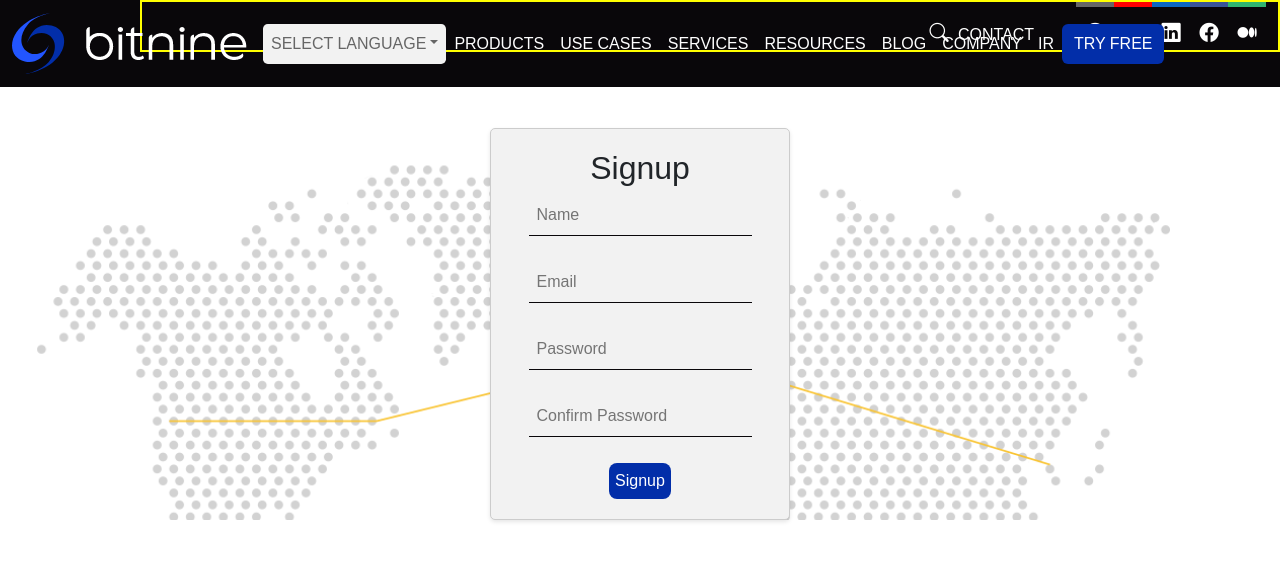
Repository: devblackie/signinpage
Page: /
The author's editor kept a copy of each file at every save. The page is drawn from the files as they stood at one save, then again after the next save.
The browser window is 1280 px wide. The pictures show the whole page.
Some web fonts or font styles are not loaded; a fallback is used. The project was rebuilt for these pictures with package versions that can differ from the ones it lists, and the page was loaded fresh each time. Also part of the build but not shown: vite.config.js, src/components/Login.jsx, src/components/Dashboard.jsx, src/components/Home.jsx, src/components/ProtectedDashboard.jsx.

Above is the page before, as saved 2023-08-28 17:20:39.

After the next save:
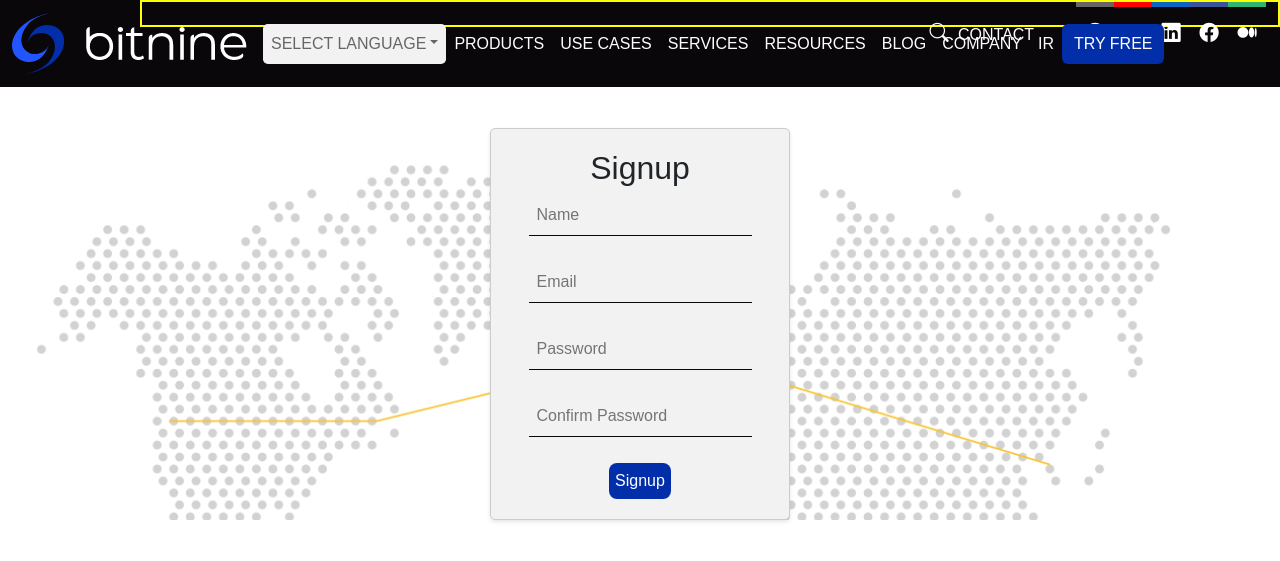
Saved 5 min 57 s later.
--- a/src/components/style/navbar.css
+++ b/src/components/style/navbar.css
@@ -30,7 +30,7 @@
   border: none;
   display: flex;
   list-style: none;
-  margin: 5px 0 0 -25px;
+  margin: 5px 0  -25px;
   float: right;
 }
 ul.social-network .hovver {
